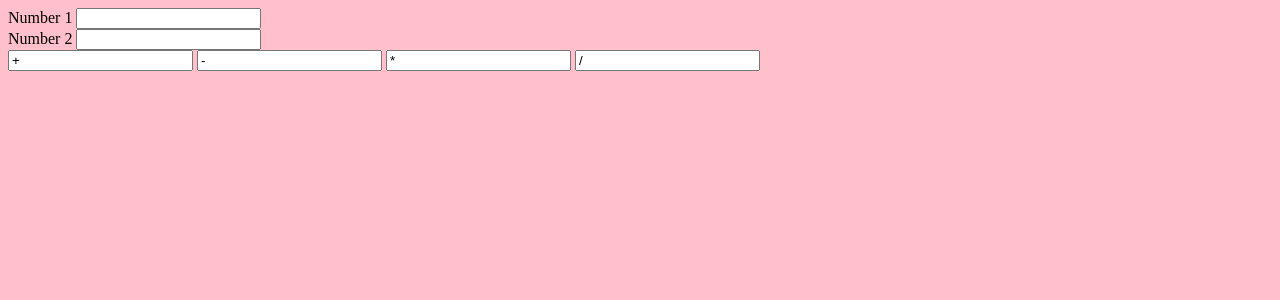
Repository: shikhi7/visatraining
Page: eclipse-workspace/mywebapp/src/main/webapp/calc.html
An editor plug-in stored every save of this project. The page is shown before and after the next save, followed by the edit.
The browser window is 1280 px wide. The pictures show the whole page.

Above is the page before, as saved 2019-07-16 06:18:10.

After the next save:
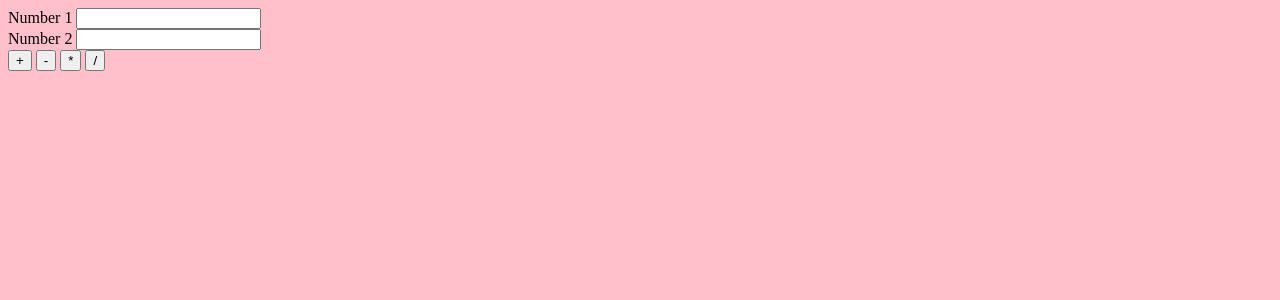
Saved 30 s later.
--- a/eclipse-workspace/mywebapp/src/main/webapp/calc.html
+++ b/eclipse-workspace/mywebapp/src/main/webapp/calc.html
@@ -9,10 +9,10 @@
 <form action="calculator" method="get">
 Number 1 <input name=n1><br>
 Number 2 <input name=n2><br>
-<input name=op value="+">
-<input name=op value="-">
-<input name=op value="*">
-<input name=op value="/">
+<input name=op value="+" type=submit>
+<input name=op value="-" type=submit>
+<input name=op value="*" type=submit>
+<input name=op value="/" type=submit>
 </form>
 
 </body>
